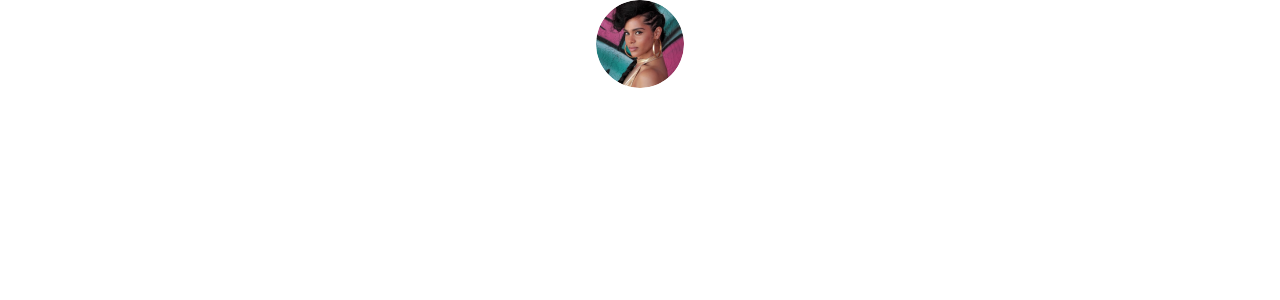
Repository: uh-sman/Zuri-task-one
Page: /
The author's editor kept a copy of each file at every save. The page is drawn from the files as they stood at one save, then again after the next save.
The browser window is 1280 px wide. The pictures show the whole page.
The project was rebuilt for these pictures with package versions that can differ from the ones it lists, and the page was loaded fresh each time.

Above is the page before, as saved 2022-10-23 17:59:09.

After the next save:
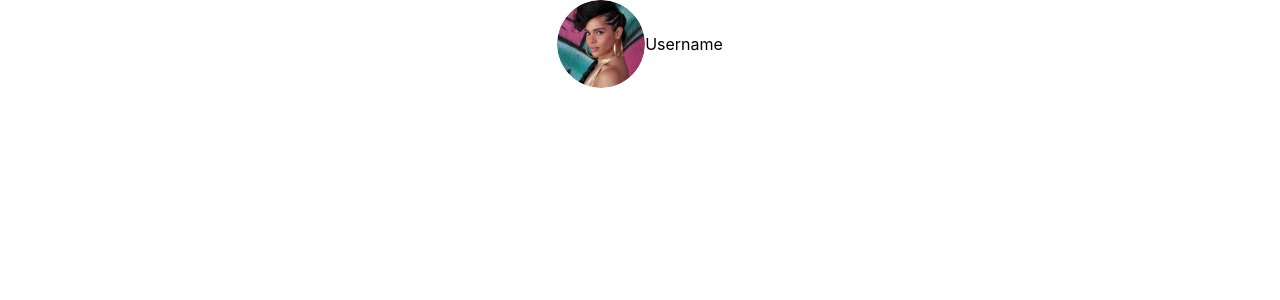
Saved 66 s later.
--- a/src/Components/Dashboard.js
+++ b/src/Components/Dashboard.js
@@ -6,6 +6,9 @@ const Dashboard = () => {
     <div className="dashboard">
       <div className="dashboard-container">
         <img className="image" src={profile} />
+        <div>
+          <p>Username{}</p>
+        </div>
       </div>
     </div>
   );

After the save that followed:
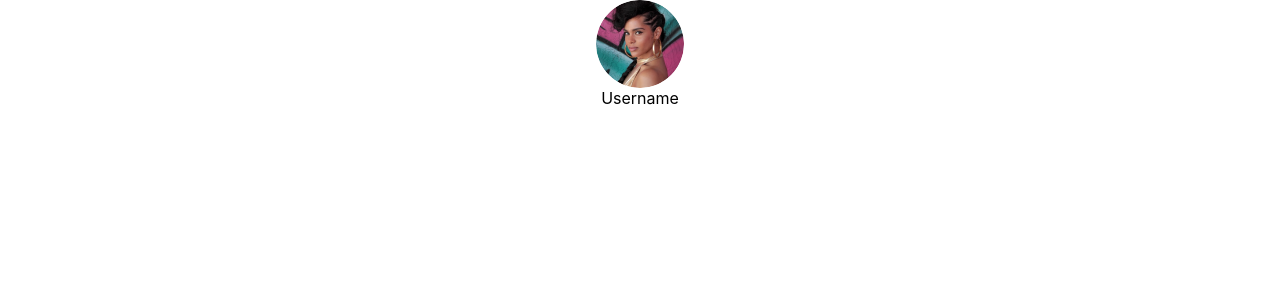
Saved 39 s later.
--- a/src/Components/dashboard.css
+++ b/src/Components/dashboard.css
@@ -5,6 +5,7 @@
 } */
 .dashboard-container {
   display: flex;
+  flex-direction: column;
   justify-content: center;
   margin: auto;
   align-items: center;
